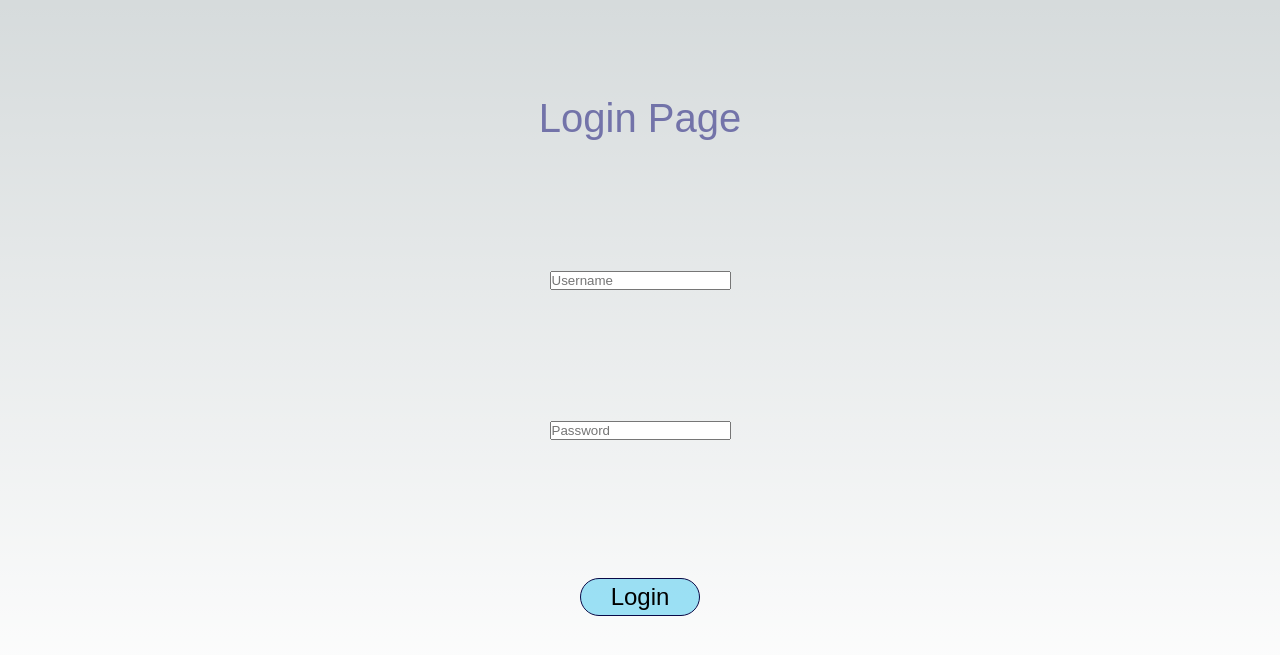
Repository: SaraShio/counter
Page: /
These files come from the project's save history. The page is drawn as it stood at one moment and after the next save; the edit follows.
The browser window is 1280 px wide. The pictures show the whole page.
The project was rebuilt for these pictures with package versions that can differ from the ones it lists, and the page was loaded fresh each time. The framework's server and built-in components were replaced by stand-ins that run in the browser. Also part of the build but not shown: next.config.js.

Above is the page before, as saved 2023-01-15 22:37:14.

After the next save:
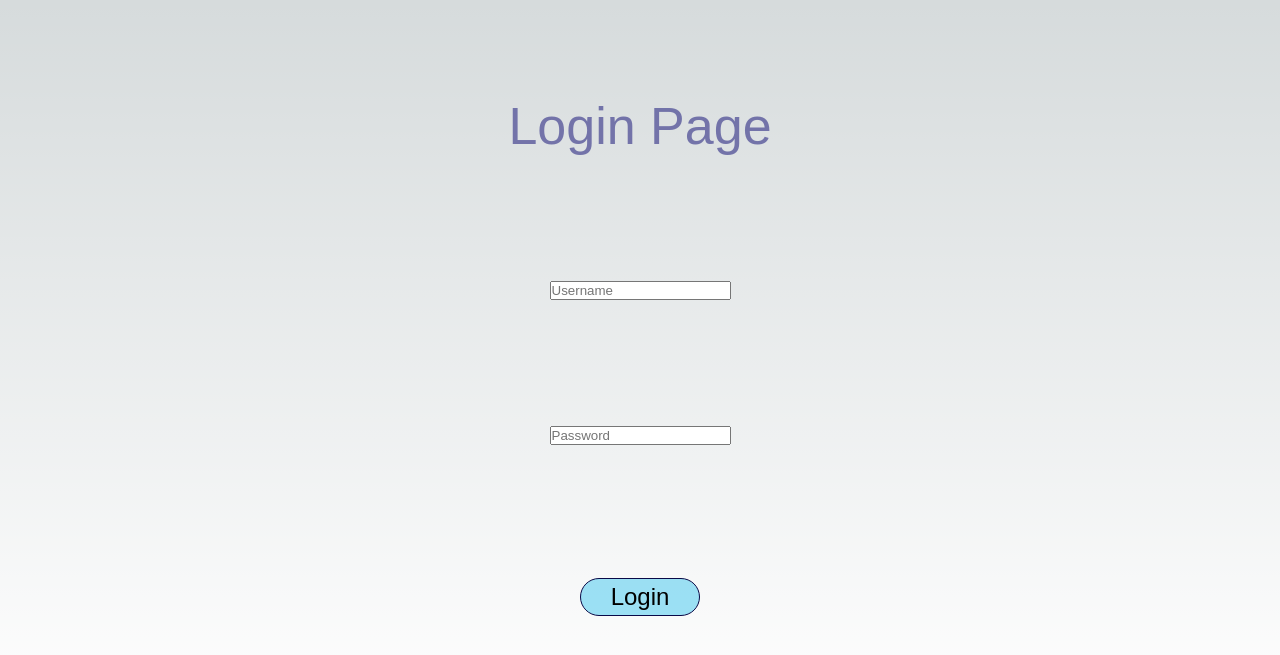
Saved 52 s later.
--- a/styles/Home.module.css
+++ b/styles/Home.module.css
@@ -11,7 +11,7 @@
 }
 
 .title {
-  font-size: var(--extra-larger-header-font);
+  font-size: var(--extra-large-header-font);
 }
 
 
